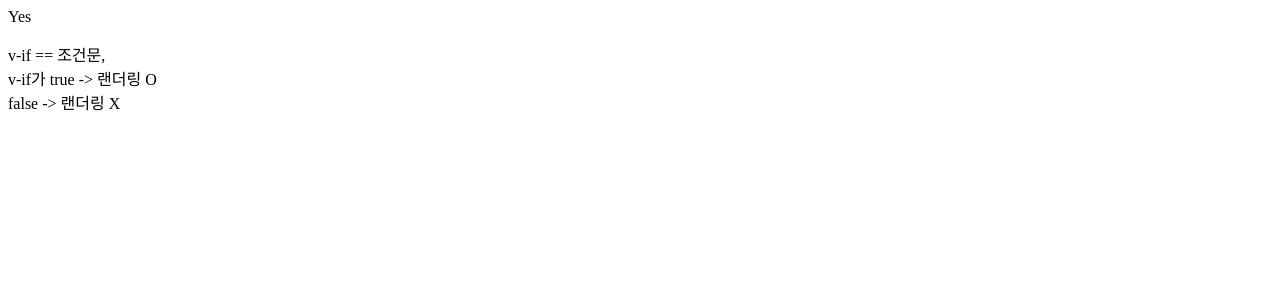
Repository: RyuGeunHwan/code_J
Page: Vuejs/22-08-10 vuejs v-if and v-show.html
The author's editor kept a copy of each file at every save. The page is drawn from the files as they stood at one save, then again after the next save.
The browser window is 1280 px wide. The pictures show the whole page.

Above is the page before, as saved 2022-08-10 09:21:02.

After the next save:
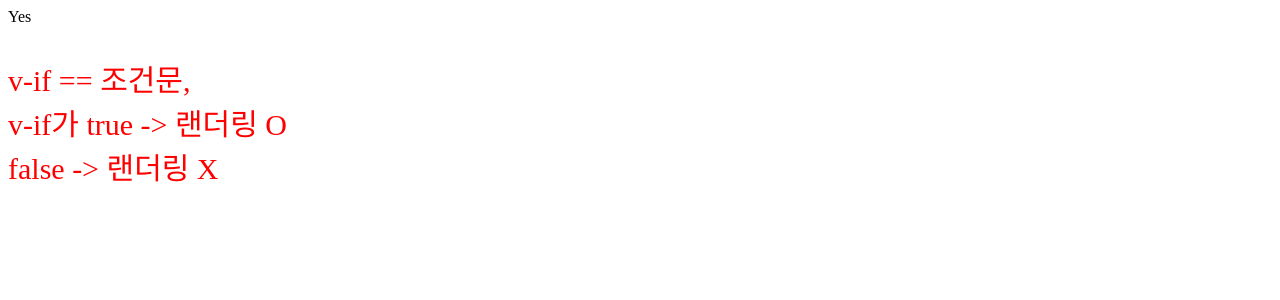
Saved 3 min 30 s later.
--- a/Vuejs/22-08-10 vuejs v-if and v-show.html
+++ b/Vuejs/22-08-10 vuejs v-if and v-show.html
@@ -10,13 +10,17 @@
 <body>
     <div id="app">
         <div v-if="show">Yes</div>
-        <p v-if="show">v-if == 조건문, <br> v-if가 true -> 랜더링 O <br> false -> 랜더링 X</p>
+        <p :style="styleObject" v-if="show">v-if == 조건문, <br> v-if가 true -> 랜더링 O <br> false -> 랜더링 X</p>
     </div>
     <script>
         new Vue({
             el: '#app',
             data:{
-                show: true
+                show: true,
+                styleObject:{
+                    fontSize: '30px',
+                    color: 'red'
+                }
             },
             methods:{
             }
